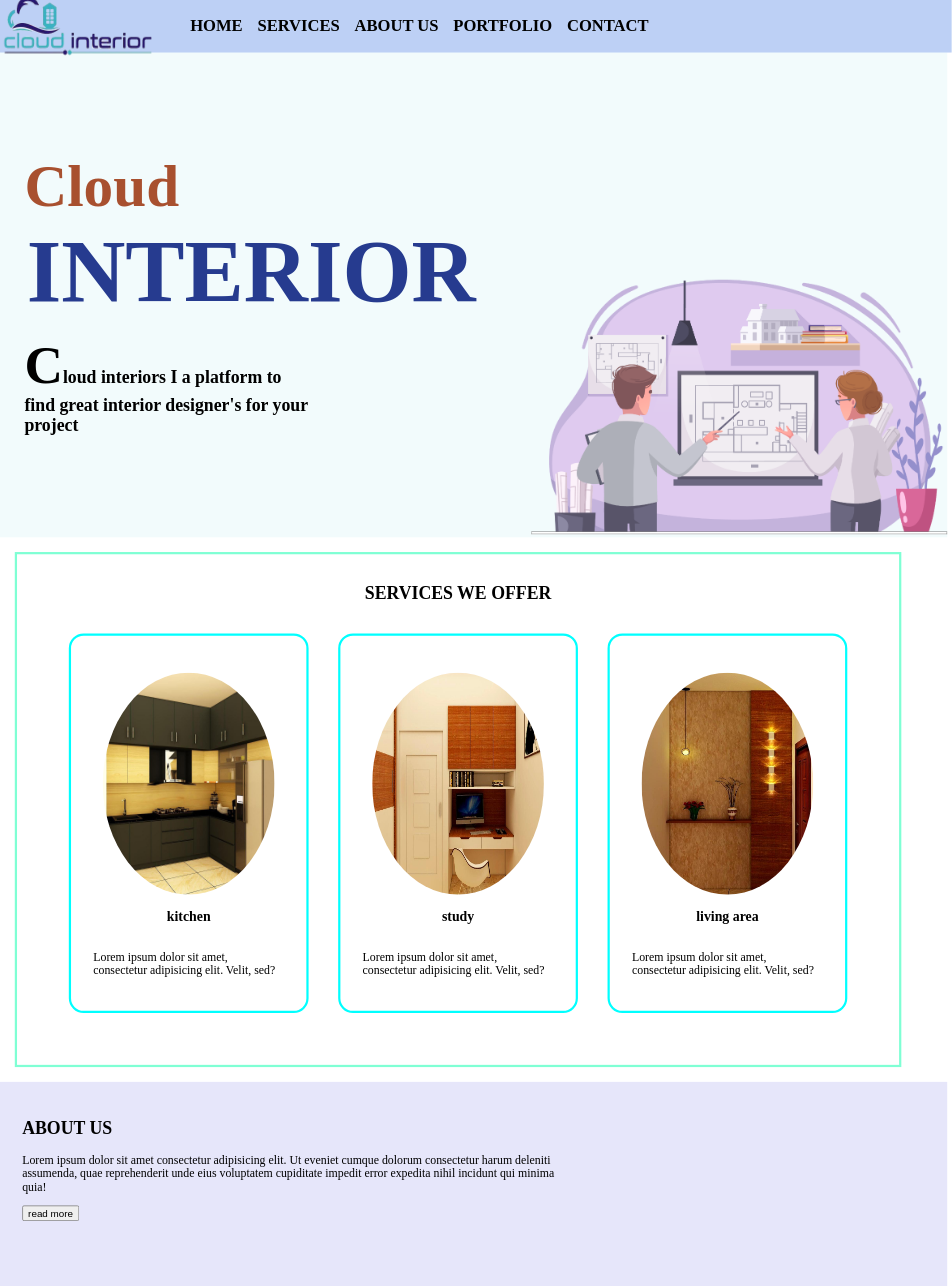
Repository: Ganavid/ganavidgowda.github.io
Page: cloud interior/‌index.html
An editor plug-in stored every save of this project. The page is shown before and after the next save, followed by the edit.
The browser window is 1280 px wide. The page is 1286 px wide, then 1280 px, so the pictures cover 1286 px, including what lies to the right of the window. The pictures show the whole page, at 74% of full size.

Above is the page before, as saved 2023-03-04 01:30:44.

After the next save:
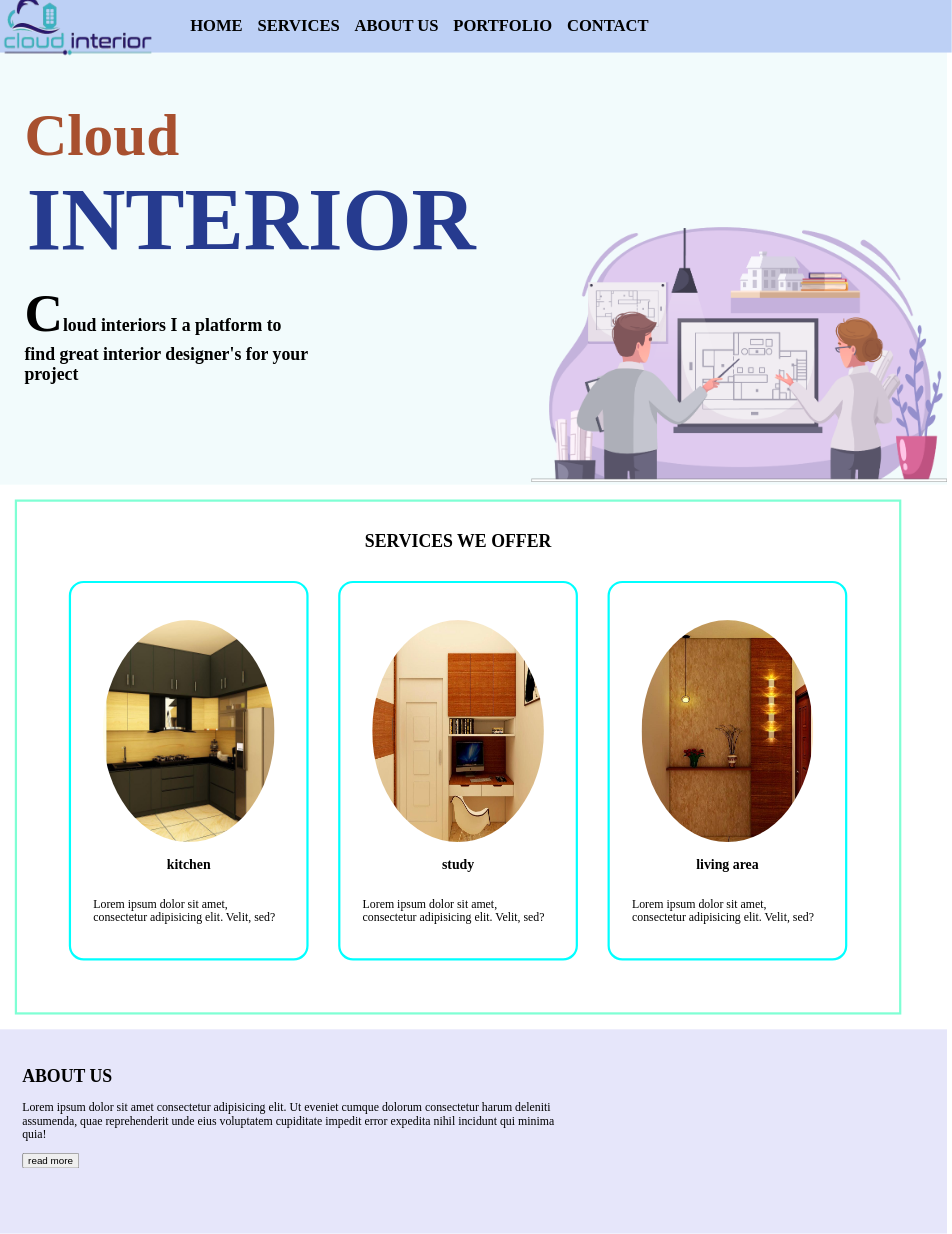
Saved 11 s later.
--- a/cloud interior/interial.css
+++ b/cloud interior/interial.css
@@ -12,7 +12,7 @@ nav{
     padding: 3px;
     align-items: center;
     height: 9vh;
-    position: ;
+    position: fixed;
     width: 100vw;
 }
 
